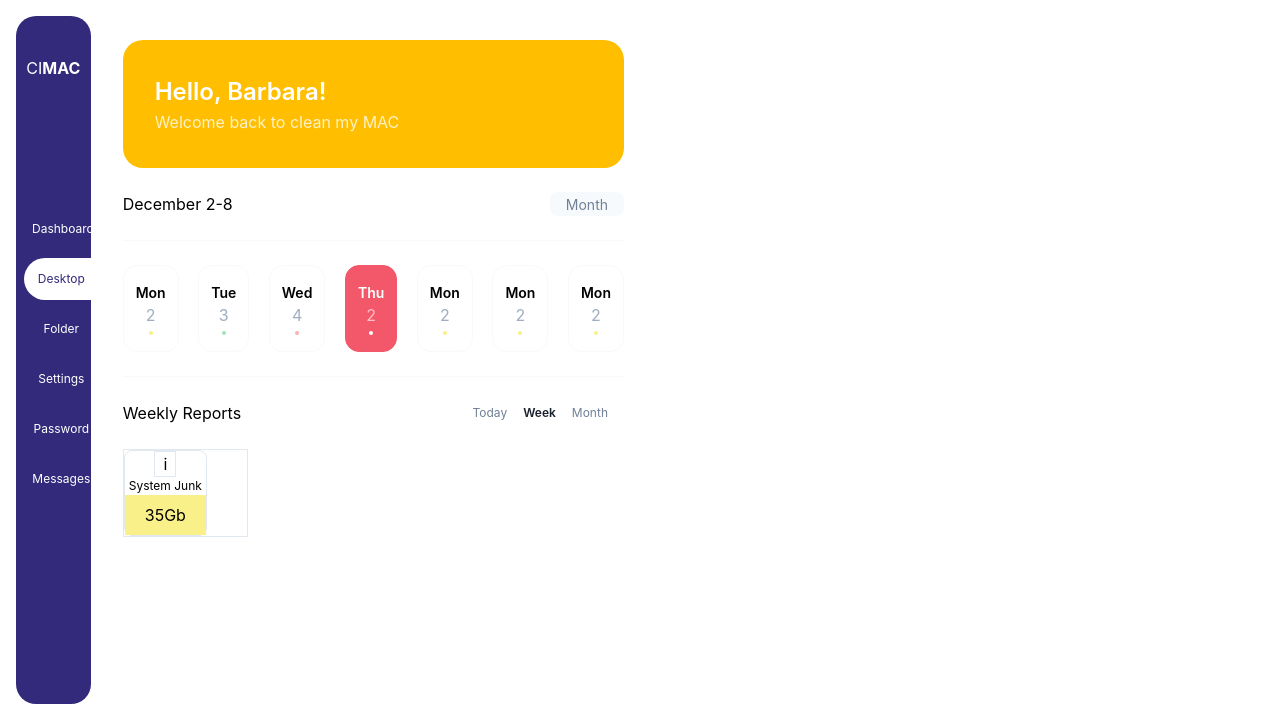
Repository: charleyvibez/experiment-Utility-software-UI
Page: index.html
These files come from the project's save history. The page is drawn as it stood at one moment and after the next save; the edit follows.
The browser window is 1280 px wide. The pictures show the whole page.

Above is the page before, as saved 2020-03-18 00:46:38.

### index.html
<!DOCTYPE html>
<html lang="en">
<head>
  <meta charset="UTF-8">
  <meta name="viewport" content="width=device-width, initial-scale=1.0">

  <link rel="stylesheet" href="tailwind.css">
  <link rel="stylesheet" href="index.css">
  <title>Document</title>
</head>
<body>
  <section class="flex">
     <aside class="w-1/12 p-4 h-screen">
      <div class="aside-container bg-gray-100 rounded-xl flex flex-col items-center h-full">
        <div class="logo pt-10 text-white">
          <h3>CI<span class="font-bold">MAC</span></h3>
        </div>

      <nav class="flex flex-col items-center text-xs mt-32 text-center text-white w-full pl-2">
        <div class="nav-item w-full pl-2 py-3 mb-2">Dashboard</div>
        <div class="nav-item w-full pl-2 py-3 mb-2 active-nav">Desktop</div>
        <div class="nav-item w-full pl-2 py-3 mb-2">Folder</div>
        <div class="nav-item w-full pl-2 py-3 mb-2">Settings</div>
        <div class="nav-item w-full pl-2 py-3 mb-2">Password</div>
        <div class="nav-item w-full pl-2 py-3 mb-2">Messages</div>
      </nav>
      </div>

    </aside>

  <main class="w-5/12 p-4 h-screen pt-10">
    <div class="main-container">
      <div class="hello p-8 h-32 yellow-bg rounded-xl flex flex-col justify-center">
        <h1 class="text-2xl font-semibold text-white">Hello, Barbara!</h1>
        <p class="yellow-text-support">Welcome back to clean my MAC</p>
      </div>
      <div class="date">
        <div class="heading flex justify-between border-b border-gray-100 py-6">
          <div class="heading-date-range">
            <Span> December 2-8</Span>
          </div>
          <div class="heading-month bg-gray-100 px-4 rounded-lg flex items-center">
            <span class="inline-block text-sm text-gray-600">Month</span>
          </div>
        </div>
        <div class="days flex justify-between py-6  border-b border-gray-100">
          <div class="day flex flex-col items-center py-4 px-3 border border-gray-100 rounded-lg">
            <h3 class="font-semibold text-sm">Mon</h3>
            <span class="text-gray-500">2</span>
            <span class="w-1 h-1 bg-yellow-300 rounded-full mt-1"></span>
          </div>
          <div class="day flex flex-col items-center py-4 px-3 border border-gray-100 rounded-lg">
            <h3 class="font-semibold text-sm">Tue</h3>
            <span class="text-gray-500">3</span>
            <span class="w-1 h-1 bg-green-300 rounded-full mt-1"></span>
          </div>
          <div class="day flex flex-col items-center py-4 px-3 border border-gray-100 rounded-lg">
            <h3 class="font-semibold text-sm">Wed</h3>
            <span class="text-gray-500">4</span>
            <span class="w-1 h-1 bg-red-300 rounded-full mt-1"></span>
          </div>
          <div class="day flex flex-col items-center py-4 px-3 border border-gray-100 rounded-lg active-day">
            <h3 class="font-semibold text-sm">Thu</h3>
            <span class="inline-block text-gray-500 day-number">2</span>
            <span class="inline-block w-1 h-1 bg-yellow-300 rounded-full mt-1 day-indicator"></span>
          </div>
          <div class="day flex flex-col items-center py-4 px-3 border border-gray-100 rounded-lg">
            <h3 class="font-semibold text-sm">Mon</h3>
            <span class="text-gray-500">2</span>
            <span class="w-1 h-1 bg-yellow-300 rounded-full mt-1"></span>
          </div>
          <div class="day flex flex-col items-center py-4 px-3 border border-gray-100 rounded-lg">
            <h3 class="font-semibold text-sm">Mon</h3>
            <span class="text-gray-500">2</span>
            <span class="w-1 h-1 bg-yellow-300 rounded-full mt-1"></span>
          </div>
          <div class="day flex flex-col items-center py-4 px-3 border border-gray-100 rounded-lg">
            <h3 class="font-semibold text-sm">Mon</h3>
            <span class="text-gray-500">2</span>
            <span class="w-1 h-1 bg-yellow-300 rounded-full mt-1"></span>
          </div>
        </div>
      </div>

       <div class="Reports">
        <div class="heading flex justify-between  py-6">
          <div class="heading-date-range">
            <Span class="font-normal"> Weekly Reports</Span>
          </div>
          <div class="heading-reports  px-4 rounded-lg flex items-center">
            <span class="inline-block text-gray-600 text-xs">Today</span>
            <span class="inline-block text-gray-900 ml-4 text-xs font-semibold">Week</span>
            <span class="inline-block text-gray-600 ml-4 text-xs">Month</span>
          </div>


        </div>
        <div class="junks">
          <div class="system-junk w-1/4 border flex items-center pr-10">
           <div class="bg-white rounded-lg flex flex-col items-center border w-full">
             <span class="junk-icon inline-block px-2 border">
              i
            </span>
            <h6 class="text-xs">System Junk</h6>
            <span class="inline-block bg-yellow-300 px-5 py-2">35Gb</span>
           </div>
          </div>
        </div>
       </div>
    </div>
  </main>
  </section>

</body>
</html>

### index.css
* {
  margin: 0;
  padding: 0;
  box-sizing: border-box;
}

.aside-container {
  background: #332a7b;
}
.active-nav {
  position: relative;
  background:white;
  color: #332a7b;
  border-bottom-left-radius: 30px;
  border-top-left-radius: 30px;
}

/* .active-nav:before {
  position: absolute;
  content: '';
  height: 30px;
  width: 30px;
  border-radius: 50%;
  top: -25px;
  right: 0;
  background: #332a7b;
} */

.rounded-xl {
  border-radius: 20px
}

.yellow-bg {
  background: #ffbf00;
}
.yellow-text-support {
  color: #fff1c5
}

.day {
  border-radius: 14px;
}

.active-day {
  background: #f2586a;
  border: 1px solid #f2586a
}

.active-day h3 {
  color: white;
  ;
}
.active-day .day-number {
  color: #ffbec6;
}
.active-day .day-indicator {
  background: white;
}

Loaded but not shown: tailwind.css (library)

After the next save:
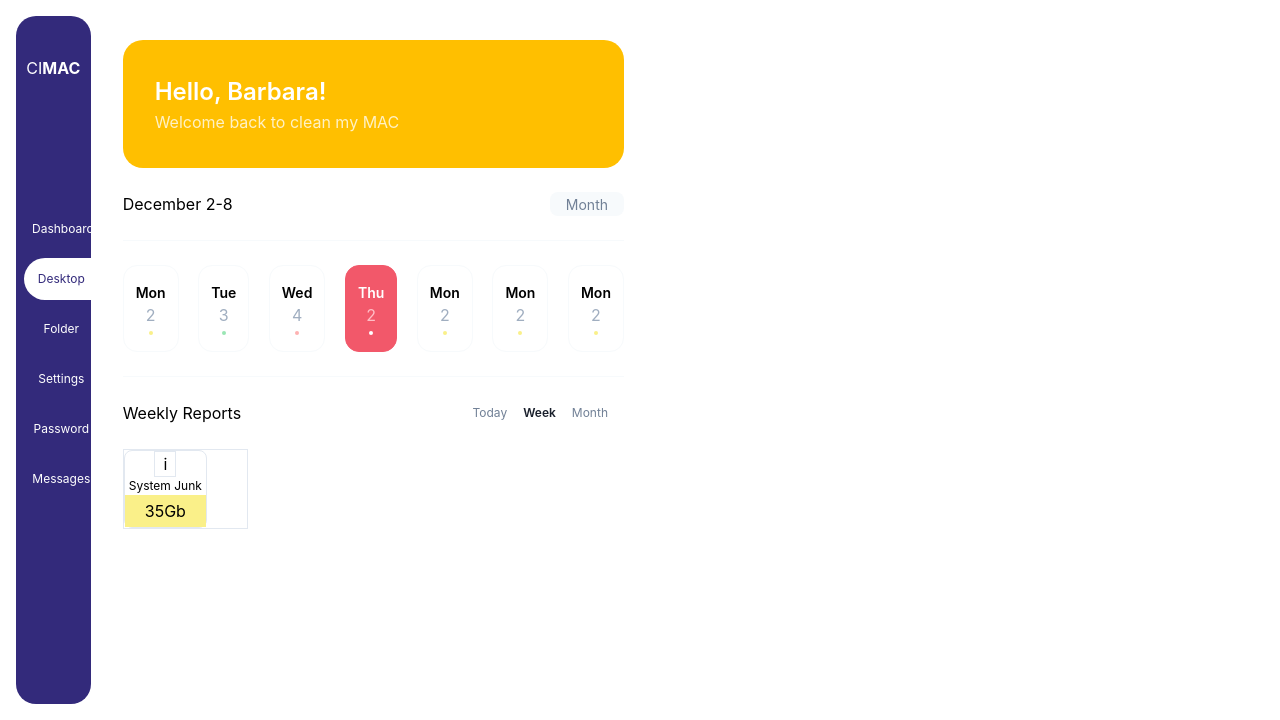
Saved 4 s later.
--- a/index.html
+++ b/index.html
@@ -102,7 +102,7 @@
               i
             </span>
             <h6 class="text-xs">System Junk</h6>
-            <span class="inline-block bg-yellow-300 px-5 py-2">35Gb</span>
+            <span class="inline-block bg-yellow-300 px-5 py-1">35Gb</span>
            </div>
           </div>
         </div>
